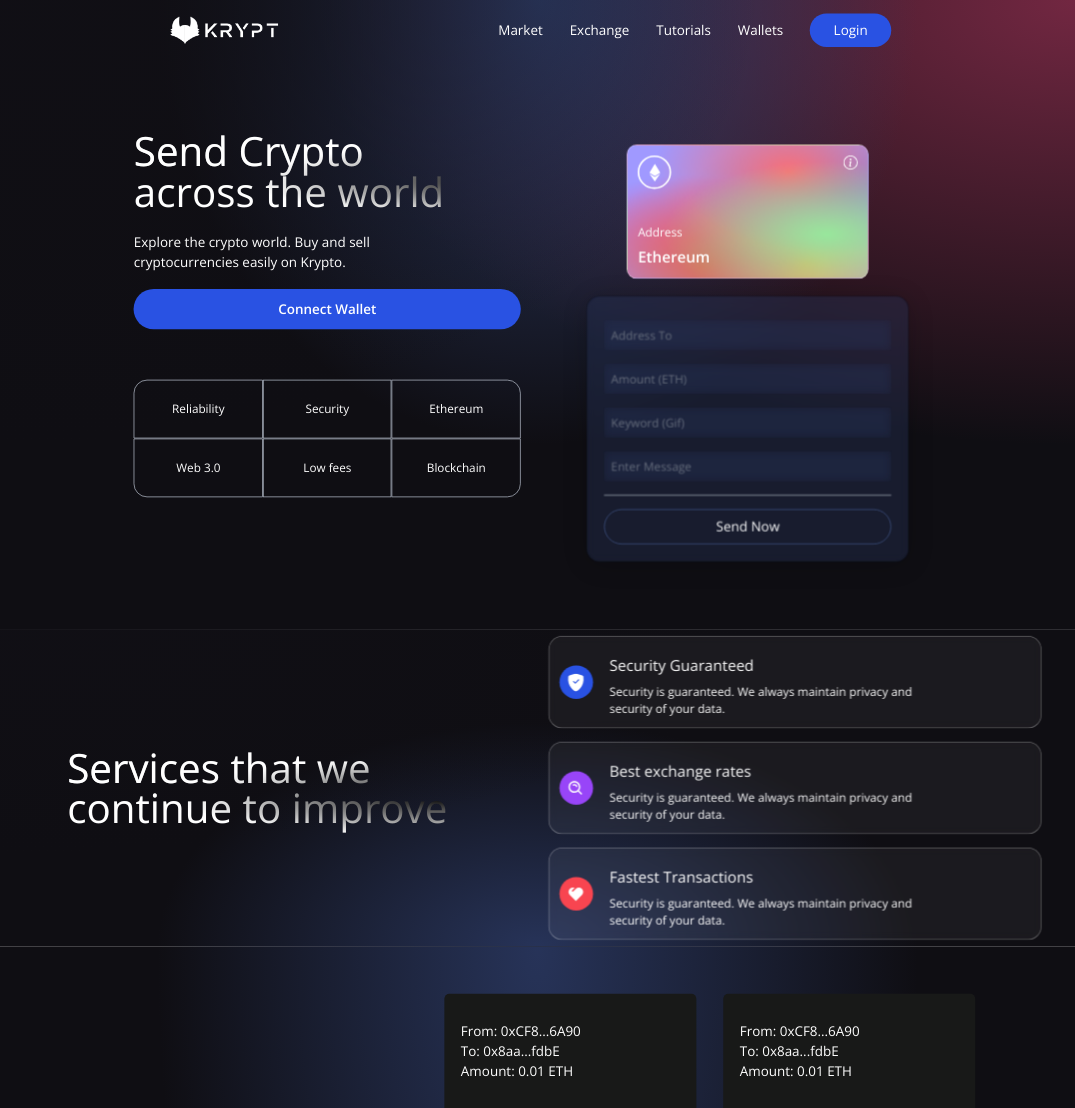
Repository: didierganthier/web3.0
Page: / (app in client/)
The author's editor kept a copy of each file at every save. The page is drawn from the files as they stood at one save, then again after the next save.
The browser window is 1280 px wide. The pictures show the part of the page from y = 0 to 1319 px (the page is 2772 px tall before and 1488 px after), at 84% of full size.
Pictures or frames that could not be fetched are drawn as grey boxes. The project was rebuilt for these pictures with package versions that can differ from the ones it lists, and the page was loaded fresh each time. Also part of the build but not shown: client/vite.config.js, client/src/components/Loader.jsx.

Above is the page before, as saved 2022-04-07 12:33:59.

### client/src/App.jsx
import { Navbar, Welcome, Loader, Transactions, Services, Footer } from "./components"

const App = () => {
  return (
    <div className="min-h-screen">
      <div className="gradient-bg-welcome">
        <Navbar />
        <Welcome />
      </div>
      <Services />
      <Transactions />
      <Footer />
    </div>
  )
}

export default App

### client/src/context/TransactionContext.jsx
import React, { useEffect, useState } from 'react';
import { ethers } from 'ethers';

import { contractAbi, contractAddress } from '../utils/constants';

export const TransactionContext = React.createContext();

const { ethereum } = window;

const getEthereumContract = () => {
    const provider = new ethers.providers.Web3Provider(ethereum);
    const signer = provider.getSigner();
    const transactionContract = new ethers.Contract(contractAddress, contractAbi, signer);

    return transactionContract;
}

export const TransactionProvider = ({ children }) => {

    const [connectedAccount, setConnectedAccount] = useState('');
    const [formData, setFormData] = useState({ addressTo: '', amount: '', keyword: '', message: '' });
    const [isLoading, setIsLoading] = useState(false);
    const [transactionCount, setTransactionCount] = useState(localStorage.getItem('transactionCount'));
    const [transactions, setTransactions] = useState([]);

    const handleChange = (e, name) => {
        setFormData((prevState) => ({ ...prevState, [name]: e.target.value }));
    }

    const getAllTransactions = async () => {
        try {
            if (ethereum) {
                const transactionContract = getEthereumContract();
                const availableTransactions = await transactionContract.getAllTransactions();

                const structuredTransactions = availableTransactions.map((transaction) => ({
                    addressTo: transaction.receiver,
                    addressFrom: transaction.sender,
                    timestamp: new Date(transaction.timestamp.toNumber() * 1000).toLocaleString(),
                    message: transaction.message,
                    keyword: transaction.keyword,
                    amount: parseInt(transaction.amount._hex) / (10 ** -18),
                }));

                setTransactions(structuredTransactions);
            } else {
                console.log('No ethereum found');
            }
        } catch (error) {
            console.log(error);

            throw new Error(error);
        }
    }

    const checkIfWalletConnected = async () => {
        try {
            if (!ethereum) return alert('Please connect to a wallet');

            const accounts = await ethereum.request({ method: 'eth_accounts' });

            if (accounts.length) {
                setConnectedAccount(accounts[0]);

                getAllTransactions();
            } else {
                console.log('No accounts found');
            }
        } catch (error) {
            console.log(error);

            throw new Error('No Ethereum object found');
        }
    }

    const checkIfTransactionsExists = async () => {
        try {
          if (ethereum) {
            const transactionsContract = createEthereumContract();
            const currentTransactionCount = await transactionsContract.getTransactionCount();

            window.localStorage.setItem("transactionCount", currentTransactionCount);
          }
        } catch (error) {
          console.log(error);

          throw new Error("No ethereum object");
        }
      };

    const connectWallet = async () => {
        try {
            if (!ethereum) return alert('Please install MetaMask');

            const accounts = await ethereum.request({ method: 'eth_requestAccounts' });

            setConnectedAccount(accounts[0]);
        } catch (error) {
            console.log(error);

            throw new Error('No Ethereum object found');
        }
    }

    const sendTransaction = async () => {
        try {
            if (!ethereum) return alert('Please install MetaMask');

            const { addressTo, amount, keyword, message } = formData;
            const transactionContract = getEthereumContract();
            const parsedAmount = ethers.utils.parseEther(amount);

            await ethereum.request({
                method: 'eth_sendTransaction',
                params: [{
                    from: connectedAccount,
                    to: addressTo,
                    gas: '0x5208',//21000 GWEI
                    value: parsedAmount._hex, //0.00001 ETH
                }],
            });

            const transactionHash = await transactionContract.addToBlockchain(addressTo, parsedAmount, message, keyword);

            setIsLoading(true);
            console.log(`Loading - ${transactionHash.hash}`);
            await transactionHash.wait();
            setIsLoading(false);
            console.log(`Success - ${transactionHash.hash}`);

            const transactionCount = await transactionContract.getTransactionCount();

            setTransactionCount(transactionCount.toNumber());
        } catch (error) {
            console.log(error);

            throw new Error('No Ethereum object found');
        }
    }

    useEffect(() => {
        checkIfWalletConnected();
        checkIfTransactionsExists();
    }, []);

    return (
        <TransactionContext.Provider value={{ connectWallet, connectedAccount, formData, setFormData, handleChange, sendTransaction, transactions }}>
            {children}
        </TransactionContext.Provider>
    )
}

### client/src/components/index.js
//export different components here
export { default as Footer } from './Footer';
export { default as Services } from './Services';
export { default as Navbar } from './Navbar';
export { default as Loader } from './Loader';
export { default as Transactions } from './Transactions';
export { default as Welcome } from './Welcome';
import '../../../client/src/index.css';

### client/src/utils/constants.js
import abi from './Transactions.json';

export const contractAbi = abi.abi;
export const contractAddress = '0x5FbDB2315678afecb367f032d93F642f64180aa3';

### client/src/components/Footer.jsx


import React from "react";

import logo from "../images/logo.png";

const Footer = () => (
  <div className="w-full flex md:justify-center justify-between items-center flex-col p-4 gradient-bg-footer">
    <div className="w-full flex sm:flex-row flex-col justify-between items-center my-4">
      <div className="flex flex-[0.5] justify-center items-center">
        <img src={logo} alt="logo" className="w-32" />
      </div>
      <div className="flex flex-1 justify-evenly items-center flex-wrap sm:mt-0 mt-5 w-full">
        <p className="text-white text-base text-center mx-2 cursor-pointer">Market</p>
        <p className="text-white text-base text-center mx-2 cursor-pointer">Exchange</p>
        <p className="text-white text-base text-center mx-2 cursor-pointer">Tutorials</p>
        <p className="text-white text-base text-center mx-2 cursor-pointer">Wallets</p>
      </div>
    </div>

    <div className="flex justify-center items-center flex-col mt-5">
      <p className="text-white text-sm text-center">Come join the wave and hear for the unexpected miracle</p>
      <p className="text-white text-sm text-center font-medium mt-2">didierganthierperan@gmail.com</p>
    </div>

    <div className="sm:w-[90%] w-full h-[0.25px] bg-gray-400 mt-5 " />

    <div className="sm:w-[90%] w-full flex justify-between items-center mt-3">
      <p className="text-white text-left text-xs">@didierganthier2022</p>
      <p className="text-white text-right text-xs">All rights reserved</p>
    </div>
  </div>
);

export default Footer;

### client/src/components/Transactions.jsx
import React, { useContext } from 'react';

import { TransactionContext } from "../context/TransactionContext";
import useFetch from '../hooks/useFetch';

import dummyData from '../utils/dummyData';

import { shortenAddress } from '../utils/shortenAddress';

const TransactionCard = ({ addressTo, addressFrom, timestamp, message, keyword, amount, url }) => {
  const gifUrl = useFetch({ keyword });

  return (
    <div className="bg-[#181918] m-4 flex flex-1
    2xl:min-w[450px]
    2xl:max-w-[500px]
    sm:min-w-[270px]
    sm:max-w-[300px]
    min-w-full
    flex-col p-3 rounded-md hover:shadow-2xl">
      <div className='flex flex-col items-center w-full mt-3'>
        <div className='w-full mb-6 p-2'>
          <a href={`https://ropsten.etherscan.io/address/${addressFrom}`} target='_blank' rel='noopener noreferrer'>
            <p className='text-white text-base'>From: {shortenAddress(addressFrom)}</p>
          </a>
          <a href={`https://ropsten.etherscan.io/address/${addressTo}`} target='_blank' rel='noopener noreferrer'>
            <p className='text-white text-base'>To: {shortenAddress(addressTo)}</p>
          </a>
          <p className='text-white text-base'>Amount: {amount} ETH</p>
          {message && (
            <>
              <br />
              <p className='text-white text-base'>Message: {message}</p>
            </>
          )}
        </div>
        <img
          src={gifUrl || url}
          alt='gif'
          className='w-full h-64 2xl:h-96 rounded-md shadow-lg object-cover'
        />
        <div className='bg-black p-3 px-5 w-max rounded-3xl -mt-5 shadow-2xl'>
          <p className='text-[#37c7da] font-bold'>{timestamp}</p>
        </div>
      </div>
    </div>
  );
}

const Transactions = () => {
  const { connectedAccount } = useContext(TransactionContext);

  return (
    <div className='md:flex w-full justify-center items-center 2xl:px-20 gradient-bg-transactions'>
      <div className='flex flex-col md:p-12 py-12 px-4'>
        {connectedAccount ? (
          <h3 className='text-white text-3xl text-center my-2'>Latest Transactions</h3>
        ) : (
          <h3 className='text-white text-3xl text-center my-2'>Connect your account to see the latest transactions</h3>
        )}
      </div>
      <div className='flex flex-wrap justify-center items-center mt-10'>
        {dummyData.reverse().map((transaction, index) => (
          <TransactionCard key={index} {...transaction} />
        ))}
      </div>
    </div>
  )
}

export default Transactions

### client/src/components/Welcome.jsx
import React, { useContext } from 'react'
import { AiFillPlayCircle } from "react-icons/ai";
import { SiEthereum } from "react-icons/si";
import { BsInfoCircle } from "react-icons/bs";

import { TransactionContext } from "../context/TransactionContext";
import { Loader } from "./";
import { shortenAddress } from '../utils/shortenAddress';

const commonStyles = "min-h-[70px] sm:px-0 px-2 sm:min-w-[120px] flex justify-center items-center border-[0.5px] border-gray-400 text-sm font-light text-white";

const Input = ({ placeholder, name, value, type, handleChange }) => (
  <input placeholder={placeholder} type={type} value={value} onChange={(e) => handleChange(e, name)} className='my-2 w-full rounded-sm p-2 outline-none bg-transparent text-white border-none text-sm white-glassmorphism' />
)

const Welcome = () => {
  const { connectWallet, connectedAccount, formData, handleChange, sendTransaction } = useContext(TransactionContext);

  const handleSubmit = (e) => {
    const { addressTo, amount, keyword, message } = formData;

    e.preventDefault();

    if(!addressTo || !amount || !keyword || !message) return;

    sendTransaction();
  }

  return (
    <div className="flex w-full justify-center items-center">
      <div className="flex mf:flex-row flex-col items-start justify-between md:p-20 py-12 px-4">
        <div className="flex flex-1 justify-start flex-col mf:mr-10">
          <h1 className="text-3xl sm:text-5xl text-white text-gradient py-1">
            Send Crypto <br></br> across the world
          </h1>
          <p className="text-left mt-5 text-white font-light md:w-9/12 w-11/12 text-base">
            Explore the crypto world. Buy and sell cryptocurrencies easily on Krypto.
          </p>
          {!connectedAccount && (
            <button type="button" onClick={connectWallet} className="flex flex-row justify-center items-center my-5 bg-[#2952e3] p-3 rounded-full cursor-pointer hover:bg-[#2546bd]">
              <p className="text-white text-base font-semibold">Connect Wallet</p>
            </button>
          )}
          <div className="grid sm:grid-cols-3 grid-cols-2 w-full mt-10">
            <div className={`rounded-tl-2xl ${commonStyles}`}>Reliability</div>
            <div className={commonStyles}>Security</div>
            <div className={`rounded-tr-2xl ${commonStyles}`}>Ethereum</div>
            <div className={`rounded-bl-2xl ${commonStyles}`}>Web 3.0</div>
            <div className={commonStyles}>Low fees</div>
            <div className={`rounded-br-2xl ${commonStyles}`}>Blockchain</div>
          </div>
        </div>
        <div className="flex flex-col flex-1 items-center justify-start w-full mf:mt-0 mt-10">
          <div className="p-3 justify-end items-start flex-col rounded-xl h-40 sm:w-72 w-full my-5 eth-card white-glassmorphism">
            <div className="flex justify-between flex-col w-full h-full">
              <div className="flex justify-between items-start">
                <div className="w-10 h-10 rounded-full border-2 border-white flex justify-center items-center">
                  <SiEthereum fontSize={21} color='#fff' />
                </div>
                <BsInfoCircle fontSize={17} color='#fff' />
              </div>
              <div>
                <p className="text-white font-light text-sm">
                  {connectedAccount ? shortenAddress(connectedAccount) : "Address"}
                </p>
                <p className="text-white font-semibold text-lg mt-1">
                  Ethereum
                </p>
              </div>
            </div>
          </div>
          <div className="p-5 sm:w-96 w-full flex flex-col justify-start items-center blue-glassmorphism">
            <Input placeholder="Address To" name="addressTo" type="text" handleChange={handleChange} />
            <Input placeholder="Amount (ETH)" name="amount" type="number" handleChange={handleChange} />
            <Input placeholder="Keyword (Gif)" name="keyword" type="text" handleChange={handleChange} />
            <Input placeholder="Enter Message" name="message" type="text" handleChange={handleChange} />

            <div className="h-[1px] w-full bg-gray-400 my-2" />

            {false ? (
              <Loader />
            ) : (
              <button type="button" onClick={handleSubmit} className="text-white w-full mt-2 border-[1px] p-2 border-[#3d4f7c] rounded-full cursor-pointer">
                Send Now
              </button>
            )}
          </div>
        </div>
      </div>
    </div>
  )
}

export default Welcome

### client/src/hooks/useFetch.jsx
import { useEffect, useState } from "react";

const API_KEY = import.meta.env.VITE_GIPHY_API;

const useFetch = ({ keyword }) => {
    const [gifUrl, setGifUrl] = useState("");

    const fetchGifs = async () => {
        try {
            const response = await fetch(
                `https://api.giphy.com/v1/gifs/search?api_key=${API_KEY}&q=${keyword.split(" ").join("")}&limit=1`
            );
            const { data } = await response.json();
            setGifUrl(data[0]?.images?.downsized_medium?.url);
        } catch (error) {
            console.log(error);
            setGifUrl("https://metro.co.uk/wp-content/uploads/2015/05/pokemon_crying.gif?quality=90&strip=all&zoom=1&resize=500%2C284");
        }
    }

    useEffect(() => {
        if(keyword) fetchGifs();
     }, [keyword]);

     return gifUrl;
}

export default useFetch;

### client/src/utils/dummyData.js

export default [
    {
      id: 1,
      url: "https://metro.co.uk/wp-content/uploads/2015/05/pokemon_crying.gif?quality=90&strip=all&zoom=1&resize=500%2C284",
      message: "",
      timestamp: "12/21/2021, 4:33:21 PM",
      addressFrom: "0xCF8e569A97C423952DdFf902375C7C76549A6A90",
      amount: "0.01",
      addressTo: "0x8aa395Ab97837576aF9cd6946C79024ef1acfdbE",
    },
    {
      id: 2,
      url: "https://media4.popsugar-assets.com/files/2013/11/07/832/n/1922398/eb7a69a76543358d_28.gif",
      message: "",
      timestamp: "12/21/2021, 4:33:21 PM",
      addressFrom: "0xCF8e569A97C423952DdFf902375C7C76549A6A90",
      amount: "0.01",
      addressTo: "0x8aa395Ab97837576aF9cd6946C79024ef1acfdbE",
    },
    {
      id: 3,
      url: "https://acegif.com/wp-content/uploads/gif-shaking-head-38.gif",
      message: "",
      timestamp: "12/21/2021, 4:33:21 PM",
      addressFrom: "0xCF8e569A97C423952DdFf902375C7C76549A6A90",
      amount: "0.01",
      addressTo: "0x8aa395Ab97837576aF9cd6946C79024ef1acfdbE",
    },
    {
      id: 4,
      url: "https://i.pinimg.com/originals/68/a0/9e/68a09e774e98242871c2db0f99307420.gif",
      message: "",
      timestamp: "12/21/2021, 4:33:21 PM",
      addressFrom: "0xCF8e569A97C423952DdFf902375C7C76549A6A90",
      amount: "0.01",
      addressTo: "0x8aa395Ab97837576aF9cd6946C79024ef1acfdbE",
    },
    {
      id: 5,
      url: "https://i.pinimg.com/originals/73/d3/a1/73d3a14d212314ab1f7268b71d639c15.gif",
      message: "",
      timestamp: "12/21/2021, 4:33:21 PM",
      addressFrom: "0xCF8e569A97C423952DdFf902375C7C76549A6A90",
      amount: "0.01",
      addressTo: "0x8aa395Ab97837576aF9cd6946C79024ef1acfdbE",
    },
    {
      id: 6,
      url: "https://www.omnisend.com/blog/wp-content/uploads/2016/09/funny-gifs-9.gif",
      message: "",
      timestamp: "12/21/2021, 4:33:21 PM",
      addressFrom: "0xCF8e569A97C423952DdFf902375C7C76549A6A90",
      amount: "0.01",
      addressTo: "0x8aa395Ab97837576aF9cd6946C79024ef1acfdbE",
    },
  ];

### client/src/utils/shortenAddress.js
export const shortenAddress = (address) => {
  if (!address) {
    return '';
  }
  const shortAddress = address.substring(0, 5) + '...' + address.substring(address.length - 4);
  return shortAddress;
}

Loaded but not shown: client/index.html (common file); client/src/main.jsx (common file); client/src/index.css (common file); client/src/components/Services.jsx (common file); client/src/components/Navbar.jsx (common file); client/tailwind.config.js (common file); client/src/utils/Transactions.json (140 lines, source omitted)

After the next save:
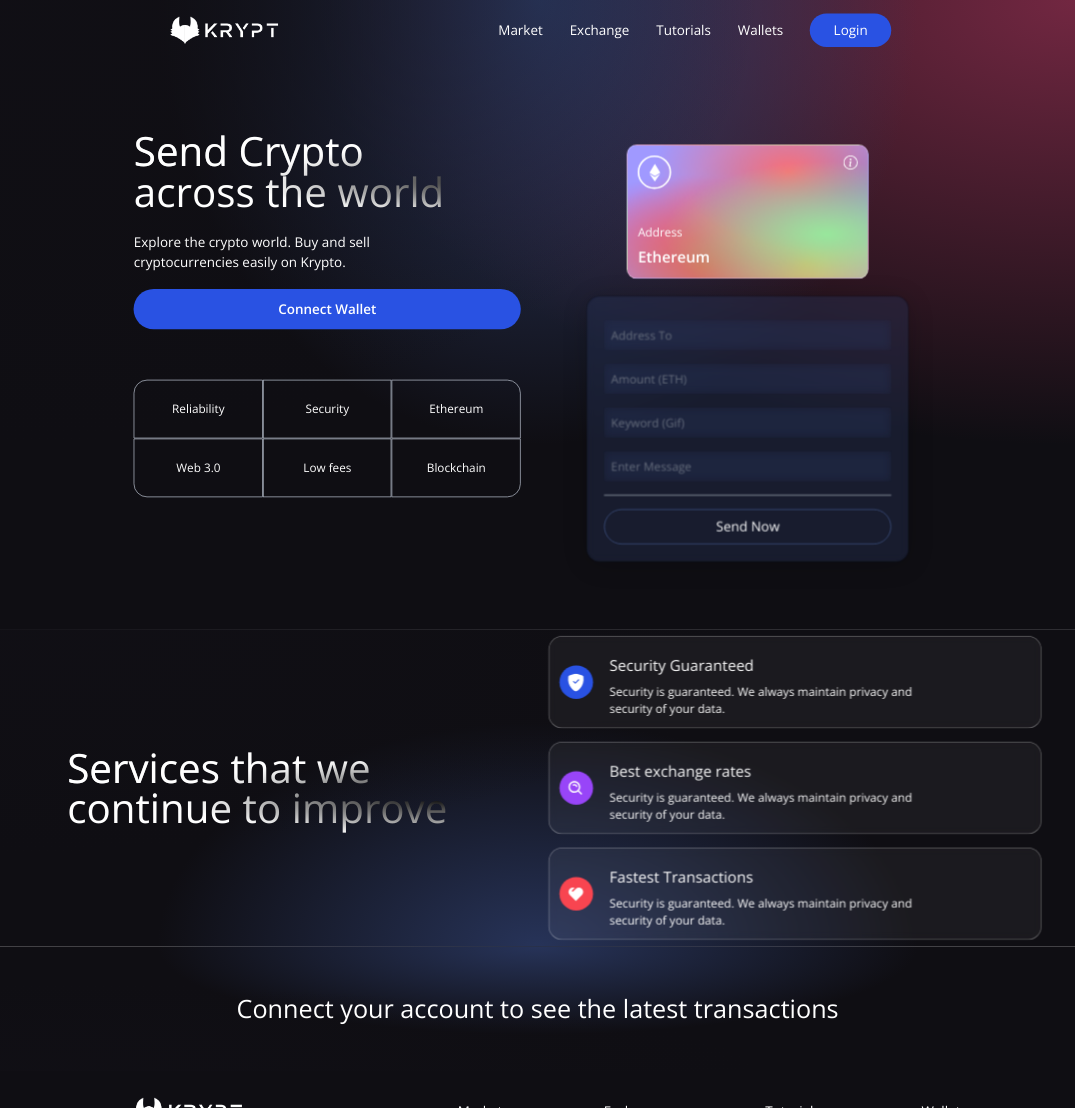
Saved 3 s later.
--- a/client/src/components/Transactions.jsx
+++ b/client/src/components/Transactions.jsx
@@ -48,7 +48,7 @@ const TransactionCard = ({ addressTo, addressFrom, timestamp, message, keyword,
 }
 
 const Transactions = () => {
-  const { connectedAccount } = useContext(TransactionContext);
+  const { connectedAccount, transactions } = useContext(TransactionContext);
 
   return (
     <div className='md:flex w-full justify-center items-center 2xl:px-20 gradient-bg-transactions'>
@@ -60,7 +60,7 @@ const Transactions = () => {
         )}
       </div>
       <div className='flex flex-wrap justify-center items-center mt-10'>
-        {dummyData.reverse().map((transaction, index) => (
+        {transactions.reverse().map((transaction, index) => (
           <TransactionCard key={index} {...transaction} />
         ))}
       </div>
